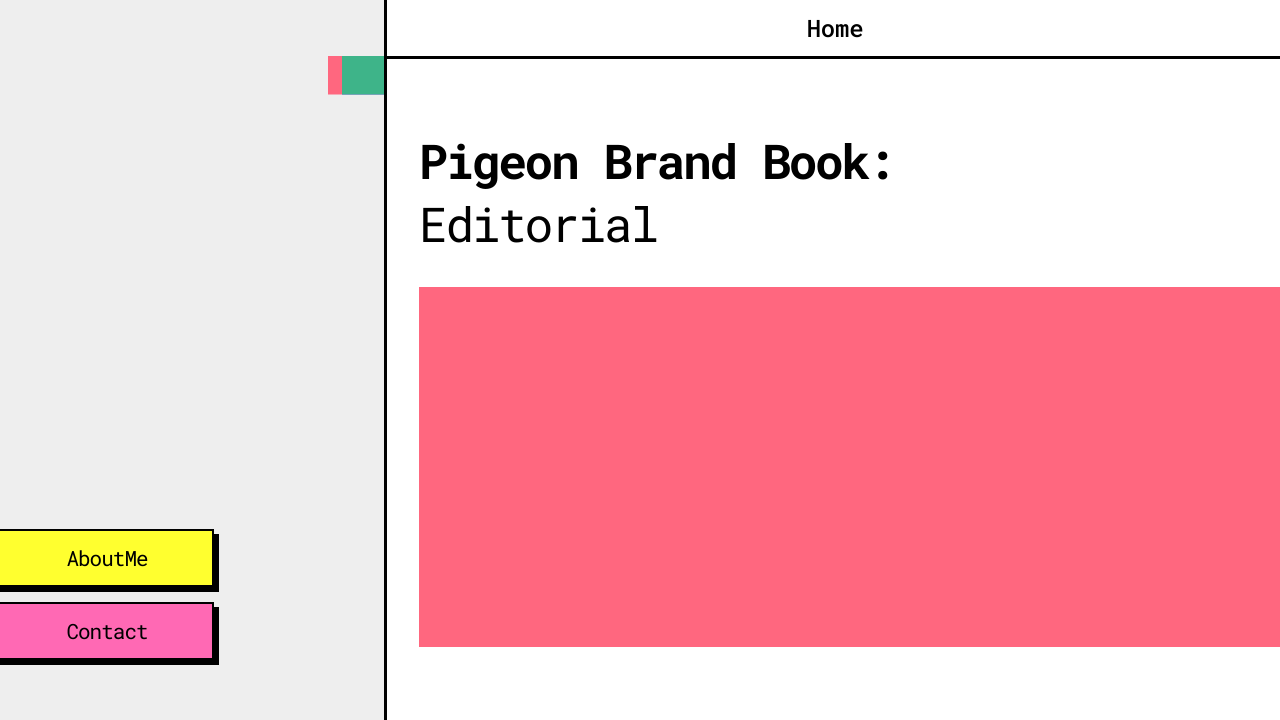
Repository: keesuk/__esuke_
Page: /Pigeon
An editor plug-in stored every save of this project. The page is shown before and after the next save, followed by the edit.
The browser window is 1280 px wide. The pictures show the whole page.
Pictures or frames that could not be fetched are drawn as grey boxes. The project was rebuilt for these pictures with package versions that can differ from the ones it lists, and the page was loaded fresh each time. Also part of the build but not shown: src/components/_AboutMe.jsx, src/components/_Contact.jsx, src/components/Left.js, src/components/Introduce.js, src/components/FolioList.js, src/pages/_Projects.jsx.

Above is the page before, as saved 2021-02-06 12:20:22.

After the next save:
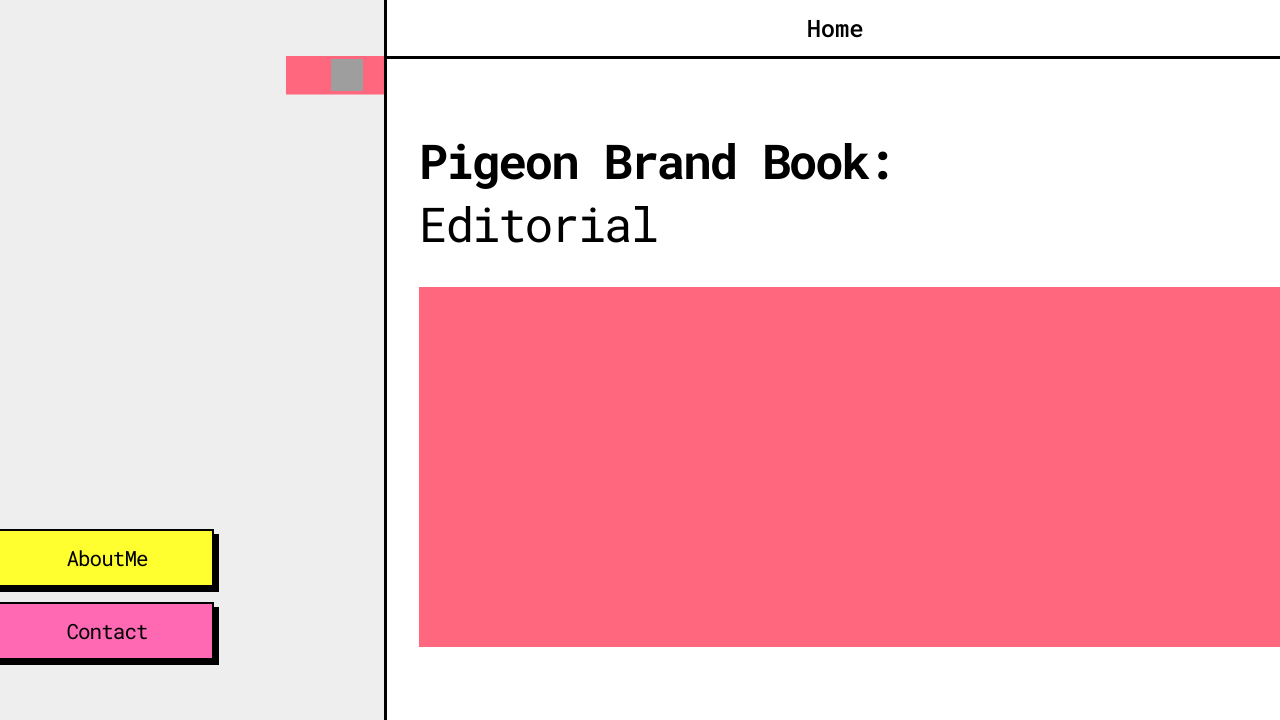
Saved 29 s later.
--- a/src/components/Index.js
+++ b/src/components/Index.js
@@ -36,7 +36,7 @@
         }
     }
     .inactive {
-        margin-right: -${width}px;
+        width: 0px;
     }
     .active {
         width: ${hoverWidth}px;
